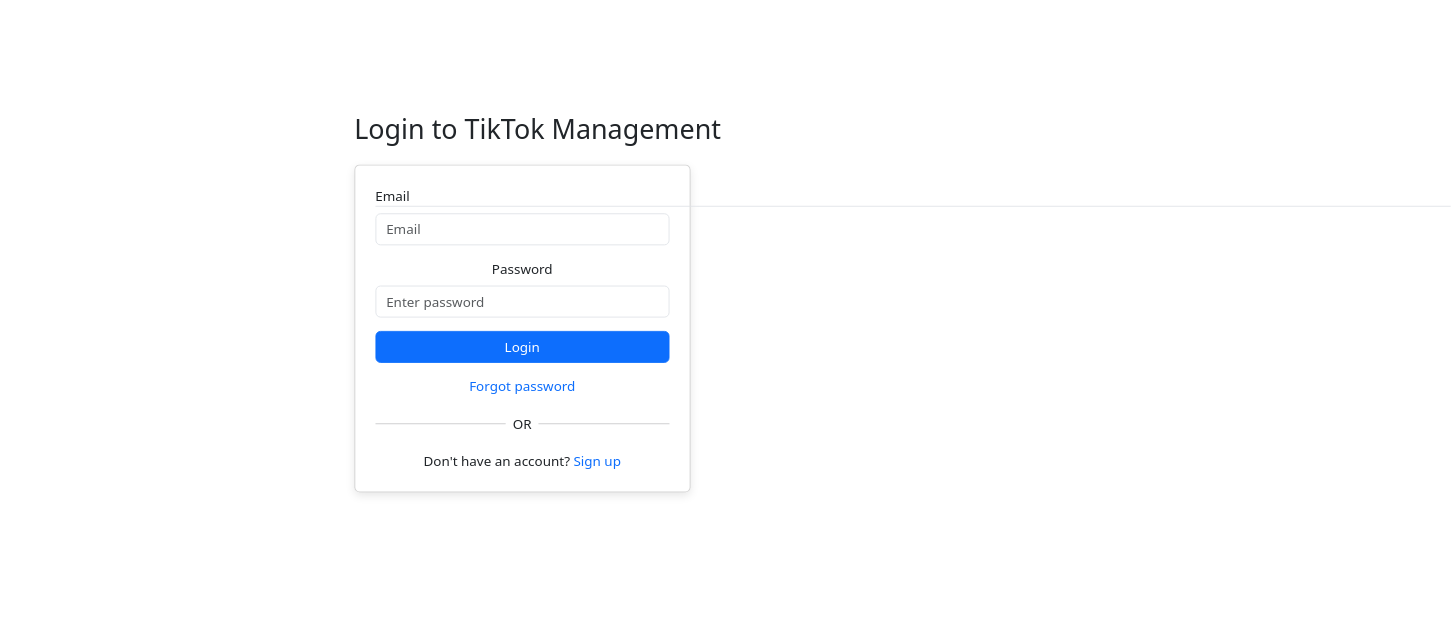
Repository: chaolaolo/tikcrm-fe
Page: /
An editor plug-in stored every save of this project. The page is shown before and after the next save, followed by the edit.
The browser window is 1280 px wide. The page is 1727 px wide, then 1280 px, so the pictures cover 1727 px, including what lies to the right of the window. The pictures show the whole page, at 84% of full size.
The project was rebuilt for these pictures with package versions that can differ from the ones it lists, and the page was loaded fresh each time. Also part of the build but not shown: vite.config.ts, src/pages/Home/Settings.tsx, src/pages/Home/HomePage.tsx. Imported but missing from the stored project, and not drawn on this page: src/pages/Home/Dashboard, src/pages/Register/RegisterPage.

Above is the page before, as saved 2025-05-22 21:25:17.

After the next save:
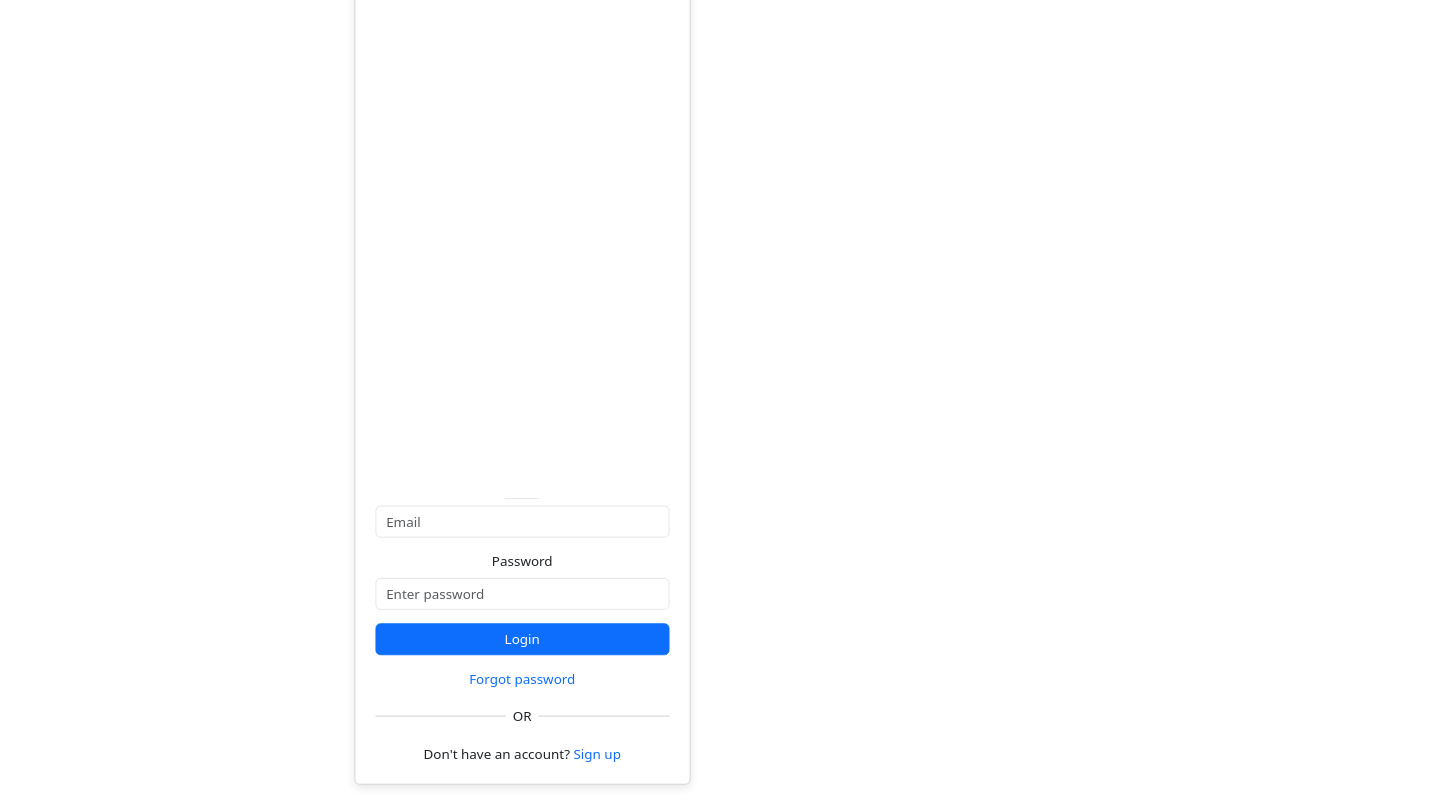
Saved 7 s later.
--- a/src/pages/Auth/LoginPage.tsx
+++ b/src/pages/Auth/LoginPage.tsx
@@ -9,7 +9,7 @@
         <div className="card p-4" style={{ width: '400px', boxShadow: '0 4px 12px rgba(0, 0, 0, 0.1)' }}>
           <form>
             <div className="mb-3">
-              <label htmlFor="email" className="form-label text-left border-bottom w-screen">Email</label>
+              <label htmlFor="email" className="form-label text-left border-bottom h-screen">Email</label>
               <input
                 type="email"
                 className="form-control"
